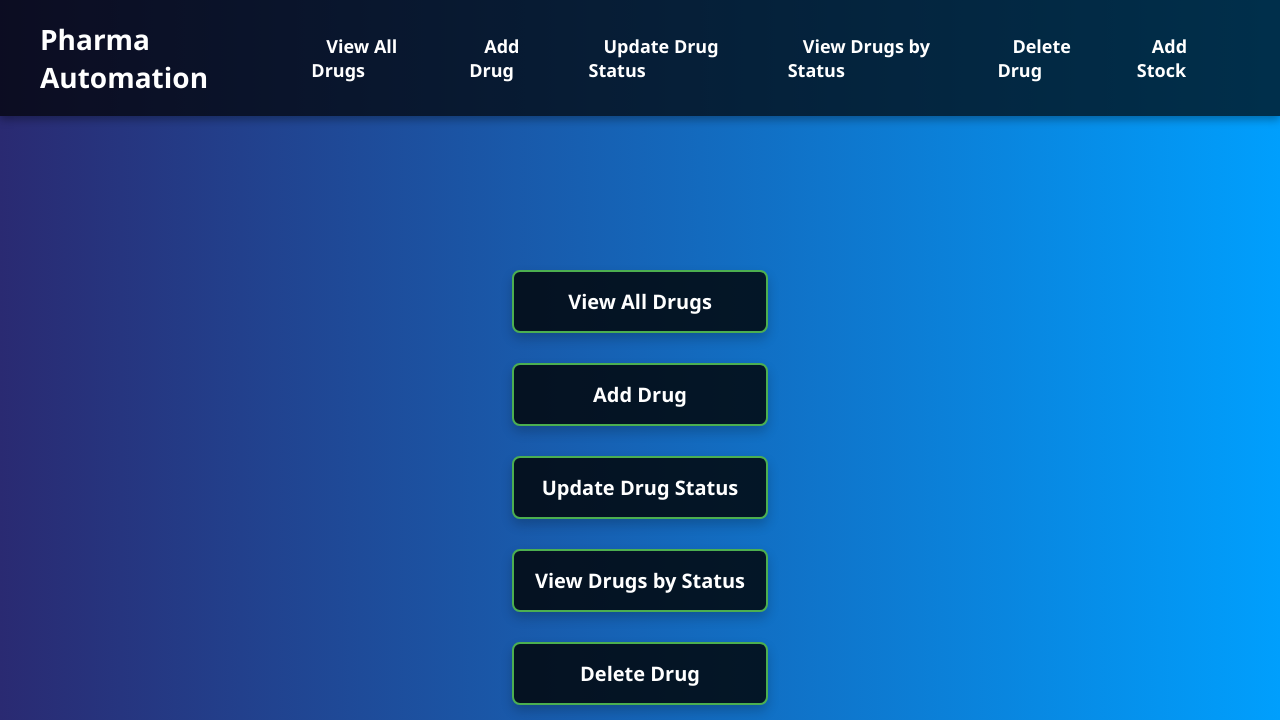
Repository: Clarrieous/Infosys-intern
Page: http://localhost/index
The author's editor kept a copy of each file at every save. The page is drawn from the files as they stood at one save, then again after the next save.
The browser window is 1280 px wide. The pictures show the whole page.
The page is this project's Thymeleaf template; nobody is signed in. The template is opened directly, without the code that normally fills it, so the values that code supplies are empty.

Above is the page before, as saved 2024-12-08 12:56:34.

After the next save:
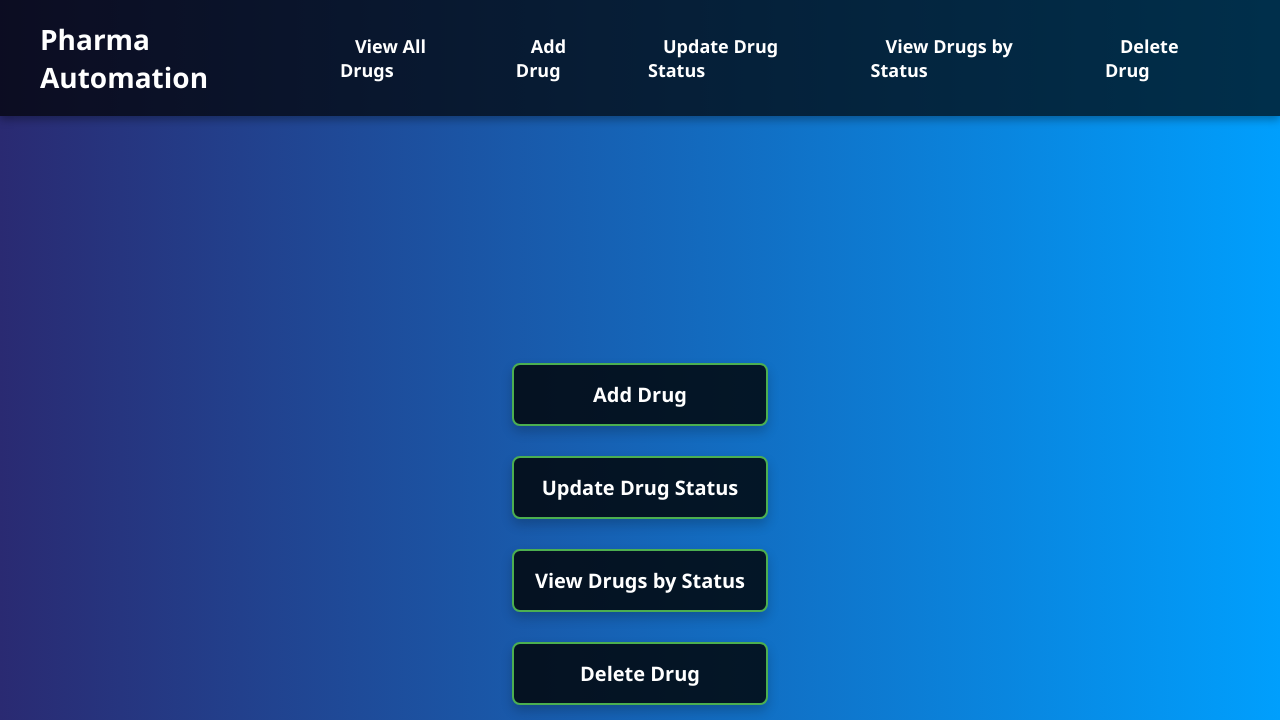
Saved 38 s later.
--- a/ClientService/src/main/resources/templates/index.html
+++ b/ClientService/src/main/resources/templates/index.html
@@ -119,12 +119,12 @@
             <li><a th:href="@{/updateStatus}">Update Drug Status</a></li>
             <li><a th:href="@{/viewDrugStatus}">View Drugs by Status</a></li>
             <li><a th:href="@{/deleteDrug}">Delete Drug</a></li>
-            <li><a th:href="@{/addStock}">Add Stock</a></li>
+
         </ul>
     </div>
 
     <div class="button-list">
-        <a th:href="@{/viewAllDrugs}">View All Drugs</a>
+
         <a th:href="@{/addDrug}">Add Drug</a>
         <a th:href="@{/updateStatus}">Update Drug Status</a>
         <a th:href="@{/viewDrugStatus}">View Drugs by Status</a>
